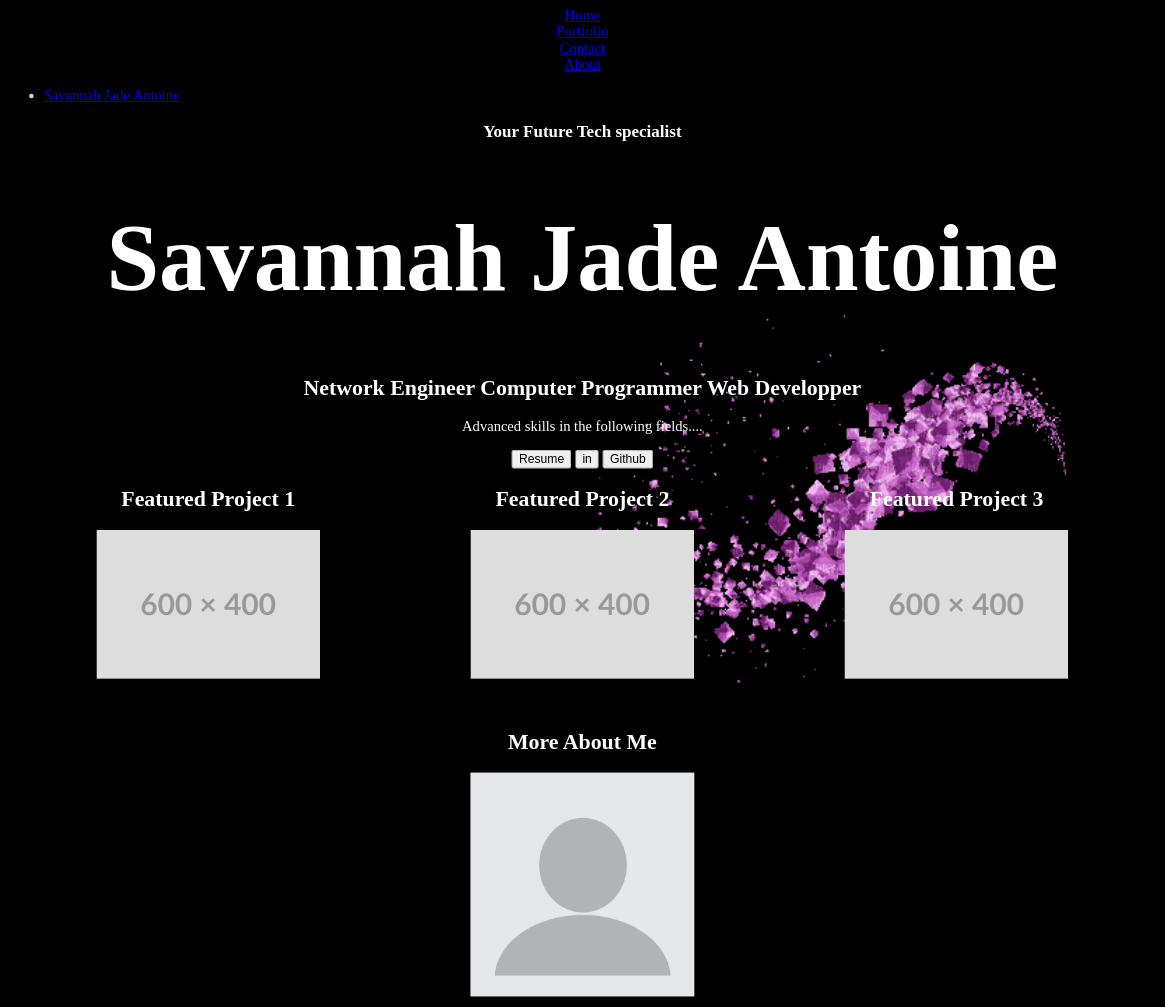
Repository: Savannah-Antoine/Savannah-Antoine
Page: index.html
The author's editor kept a copy of each file at every save. The page is drawn from the files as they stood at one save, then again after the next save.
The browser window is 1280 px wide. The pictures show the whole page, at 91% of full size.

Above is the page before, as saved 2026-05-05 15:21:35.

### index.html
<!DOCTYPE html>
<html lang="en">
<head>
    <meta charset="UTF-8">
    <meta name="viewport" content="width=device-width, initial-scale=1.0">
    <link rel = "stylesheet" href = "./styles/index.css" />
    <link rel = "stylesheet" href = "./styles/globals.css" />
    <title>Document</title>
</head>
<body>
<header>
    <nav>
        <ul class = "navigation">
  <li><a href="index.html">Home</a></li>
  <li><a href="portfolioPage.html">Portfolio</a></li>
  <li><a href="contact.asp">Contact</a></li>
  <li><a href="about.asp">About</a></li>
</ul>
        <ul class = "homeButton">
           <li><a   href = "index.html">Savannah Jade Antoine</a></li>
        </ul>
</nav>
<h3>Your Future Tech specialist</h3>
<h1> Savannah Jade Antoine</h1>
<h2>Network Engineer Computer Programmer Web Developper</h2>
<p> Advanced skills in the following fields....</p>
<button>Resume</button>
<button>in</button>
<button>Github</button>

</header>
<main class = "container">

<section >
<h2>Featured Project 1</h2>
<img src = "./assets/images/placeholder1.svg" alt = "First Portfolio placeholder image" />

</section>

<section>
<h2>Featured Project 2</h2>
<img src = "./assets/images/placeholder1.svg" alt = "Second Portfolio placeholder image" />
</section>
<section>
<h2>Featured Project 3</h2>
<img src = "./assets/images/placeholder1.svg" alt = "Third Portfolio placeholder image" />
</section>

<section>
<h2>More About Me</h2>
<img src = "./assets/images/profilepic.png" alt = "profile picture" />
</section>

</main>

</body>
</html>

### styles/index.css
.container{
   display:flex;
   flex-direction:column;
    justify-content: center;
    gap:2rem;


}
body h1{
    font-size: 3rem;

}

img{
    width: 65%;
    height:auto;
}

@media screen and (min-width: 768px)
{
    body h1{
    font-size: 6.5rem;
}
    section{

    width: 30%;
}

    .container{
          display:flex;
          flex-direction: row;
          flex-wrap: wrap;
          justify-content: center;

    }
}

@media screen and (min-width: 1000px)
{

}

### styles/globals.css
body {
    background-color: black;
  background-image: url(/assets/images/background-pic.gif);
  background-repeat: no-repeat;
  background-size: cover;
  color: white;
  font-size: 16px;
  text-align: center;
}



.homeButton{
    text-align:left;
    color:pink;
}

.navigation {
  list-style-type: none;
  margin: 0;
  padding: 0;
}

After the next save:
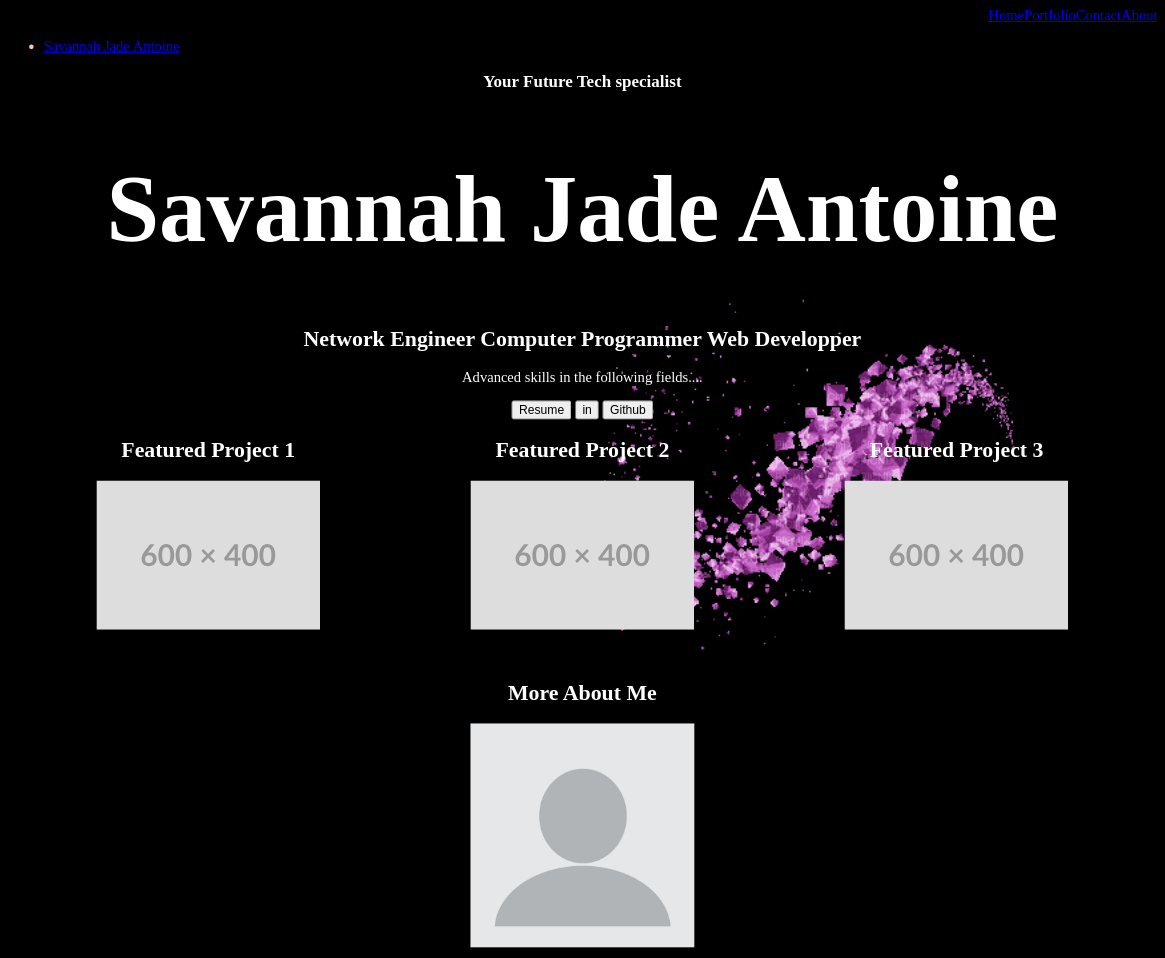
Saved 109 s later.
--- a/styles/globals.css
+++ b/styles/globals.css
@@ -19,4 +19,6 @@ body {
   list-style-type: none;
   margin: 0;
   padding: 0;
+  display: flex;
+  justify-content: right;
 }
